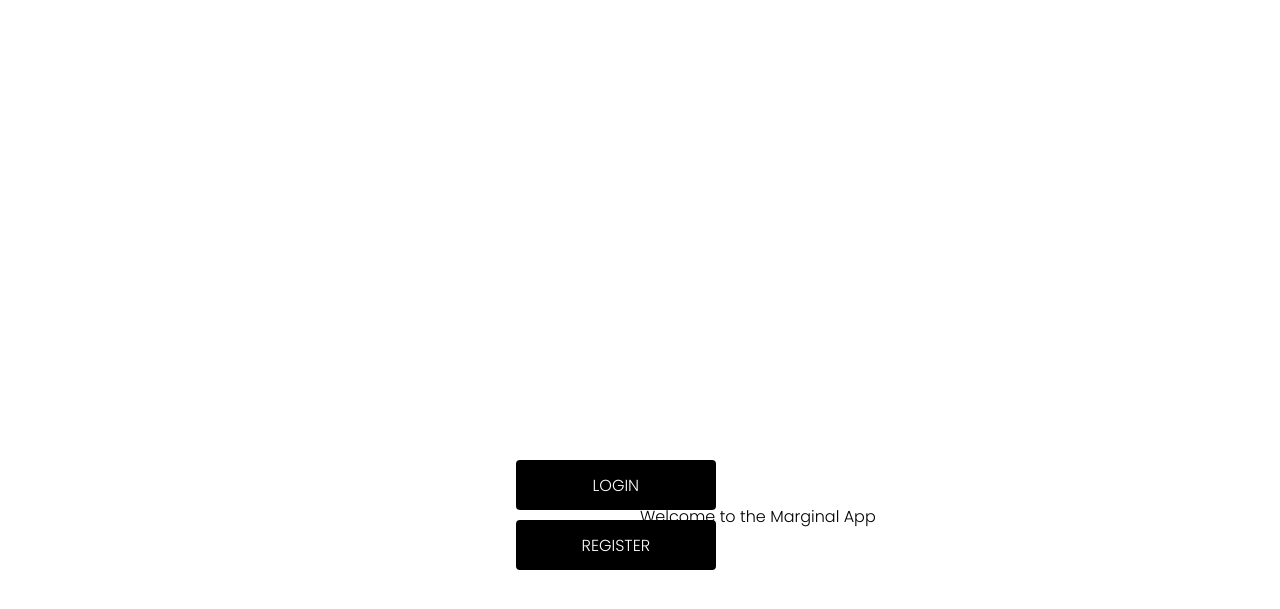
Repository: vu9ar/vu9ar.github.io
Page: WelcomePage/welcome.html
The author's editor kept a copy of each file at every save. The page is drawn from the files as they stood at one save, then again after the next save.
The browser window is 1280 px wide. The pictures show the whole page.

Above is the page before, as saved 2022-03-27 19:33:33.

After the next save:
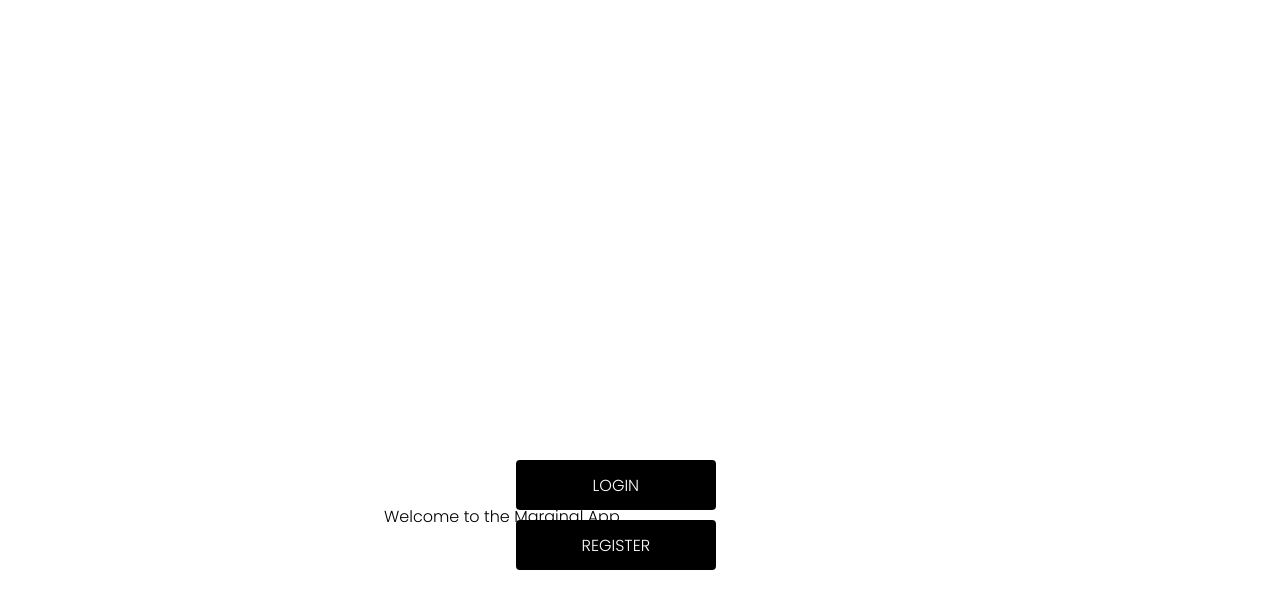
Saved 18 s later.
--- a/WelcomePage/style.css
+++ b/WelcomePage/style.css
@@ -93,5 +93,5 @@
 
 .headerWelcome {
     margin-top: 30%;
-    margin-left: 50%;
+    margin-left: 30%;
 }
